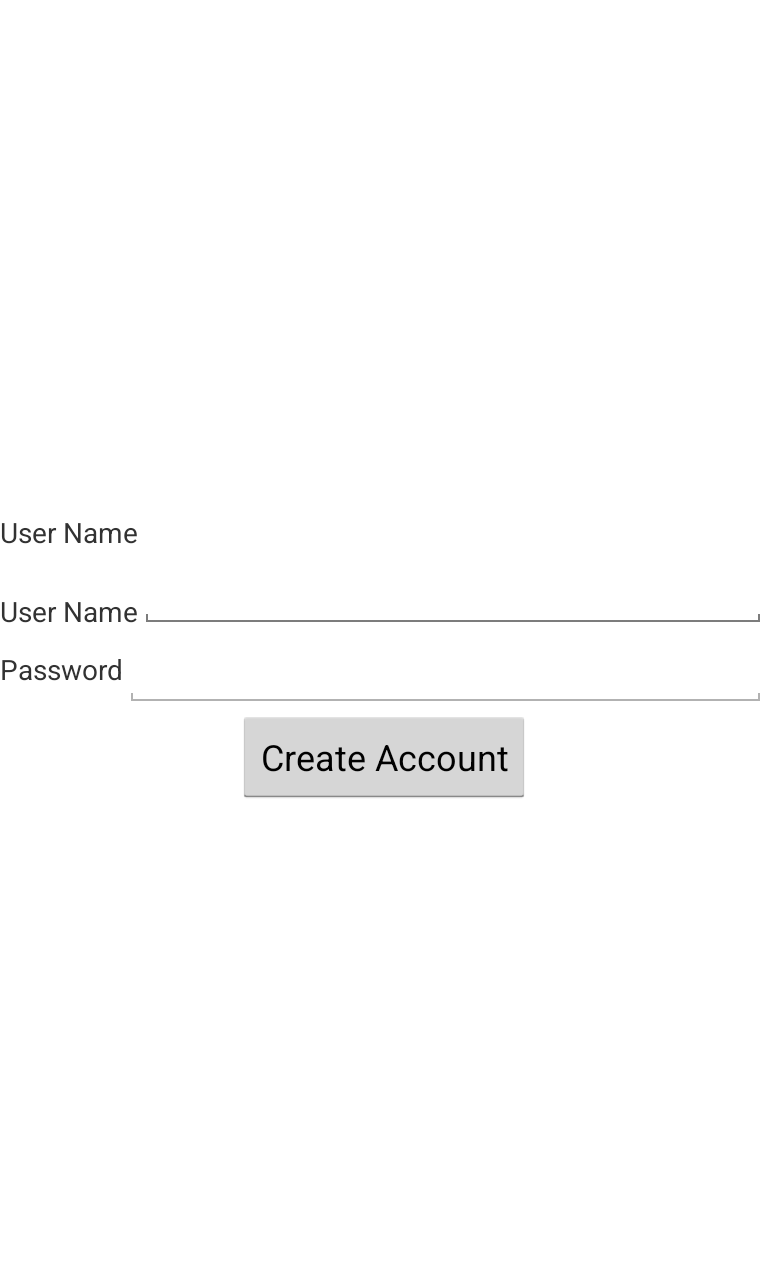
Repository: SaifJamilKhan/Meetup
Layout: MeetUp/res/layout/activity_create_account.xml
The author's editor kept a copy of each file at every save. The layout is drawn from the files as they stood at one save, then again after the next save.
It is drawn on a 768 x 1280 px phone screen (xhdpi) without system bars, with theme AppTheme; the app's code is not run.

Above is the layout before, as saved 2014-03-05 02:58:44.

After the next save:
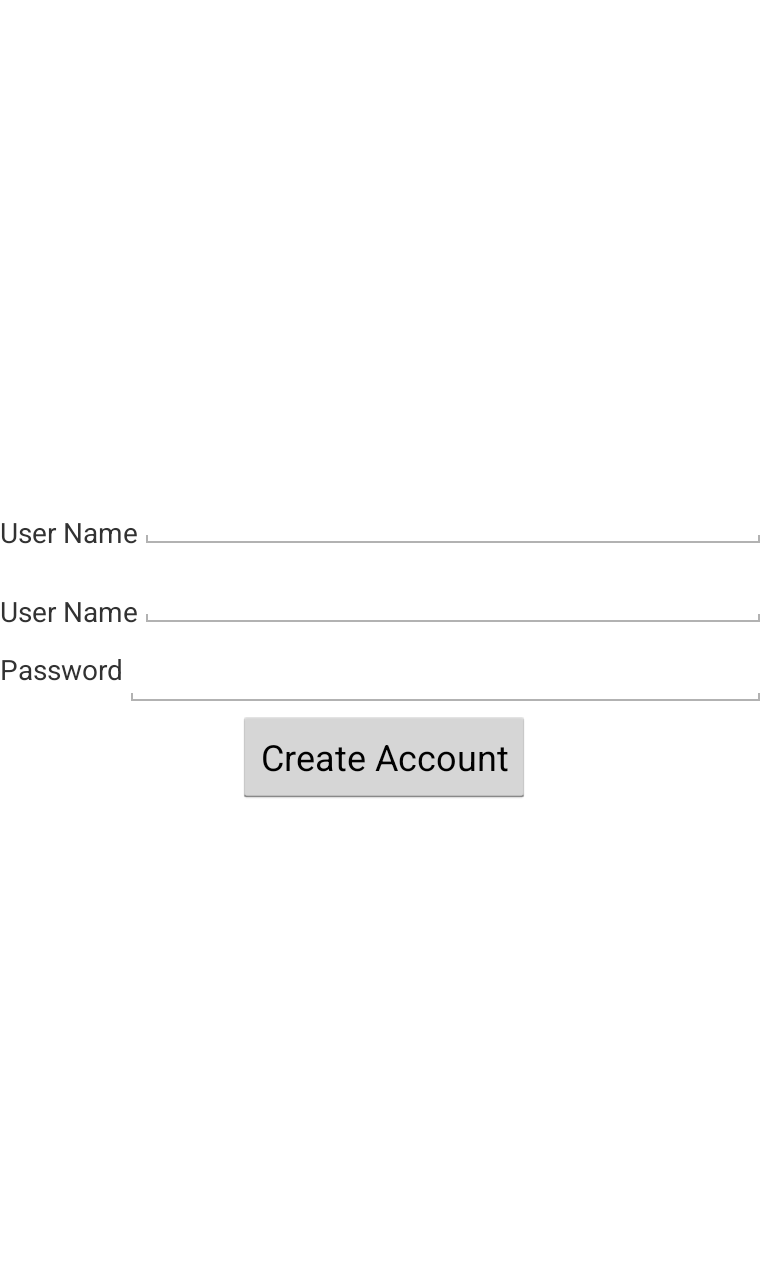
Saved 10 s later.
--- a/MeetUp/res/layout/activity_create_account.xml
+++ b/MeetUp/res/layout/activity_create_account.xml
@@ -41,7 +41,7 @@
         android:layout_height="wrap_content"
         android:inputType="textEmailAddress"
         android:layout_toRightOf="@id/create_account_email_label"
-        android:layout_above="@id/center_divider" />
+        android:layout_above="@id/create_account_username_text" />
     <TextView
         android:id="@+id/create_account_password_label"
         android:layout_width="wrap_content"
